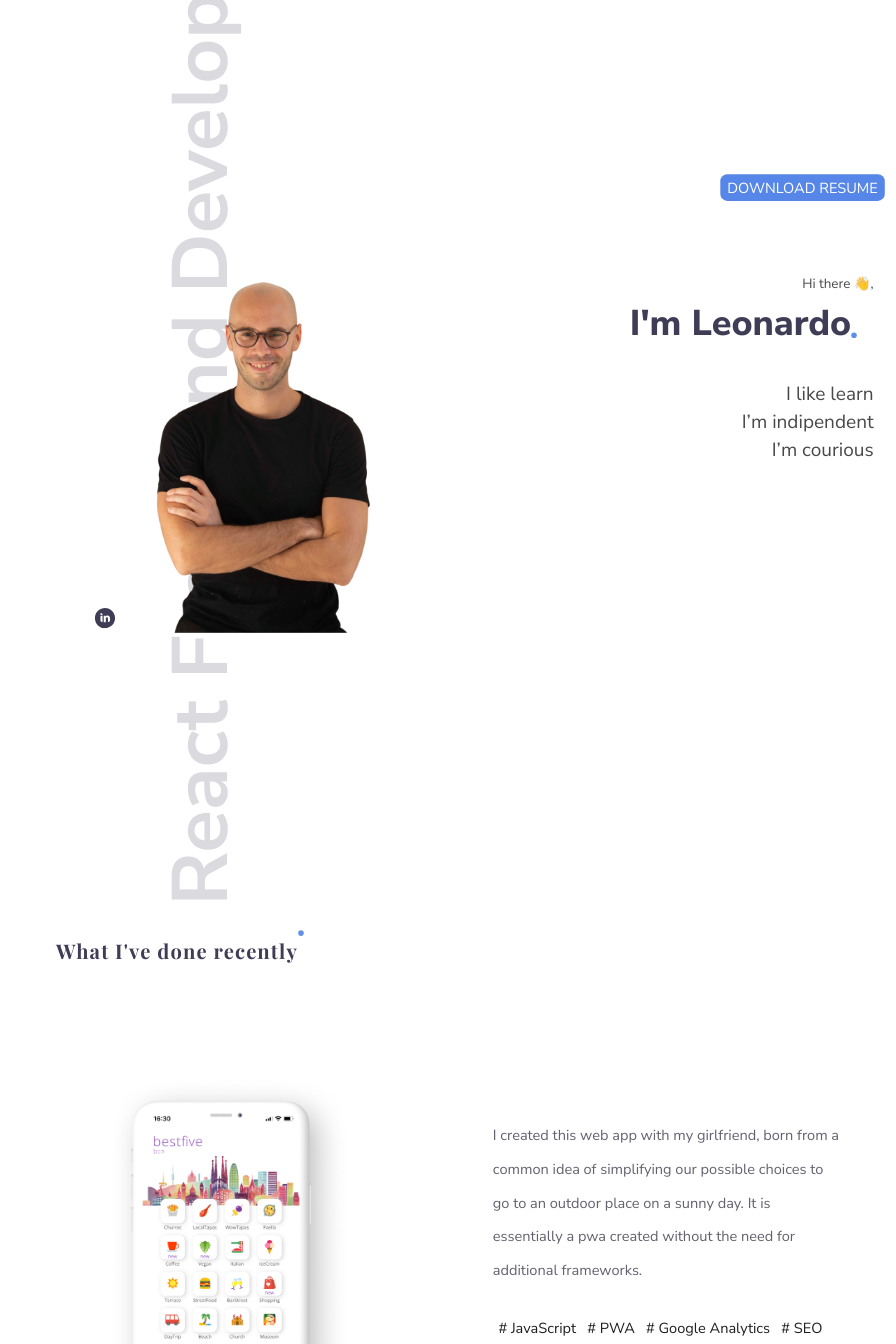
Repository: Easaaa/Portfolio-2020
Page: index.html
The author's editor kept a copy of each file at every save. The page is drawn from the files as they stood at one save, then again after the next save.
The browser window is 1280 px wide. The pictures show the part of the page from y = 0 to 1920 px (the page is 7011 px tall), at 70% of full size.
The style sheet was rebuilt from its Sass, Less or Tailwind sources for each picture, by a compiler version that may differ from the author's.

Above is the page before, as saved 2020-02-28 14:07:19.

### index.html
<!DOCTYPE html>
<html lang="en">
  <head>
    <meta charset="UTF-8" />
    <meta name="viewport" content="width=device-width, initial-scale=1.0" />
    <meta http-equiv="X-UA-Compatible" content="ie=edge" />
    <link rel="stylesheet" href="/stylesheets/css/main.css" />
    <title>leonardotononi.com</title>
  </head>
  <body>
    <!--  <nav>
      <ul>
        <li>
          <img src="/assets/hamb.svg" alt="hamburger icon" class="hamb-img" />
        </li>
        <li class="hidden">Works</li>
        <li class="hidden">Contact</li>
      </ul>
    </nav> -->
    <header>
      <div class="actions">
        <div class="socials">
          <a target="_blank" href="https://www.linkedin.com/in/leonardo-tononi/"
            ><img src="/assets/linkedin-with-circle.svg" alt="linkedin icon"
          /></a>
          <a target="_blank" href="https://github.com/Easaaa"
            ><img src="/assets/github-filled.svg" alt="github icon"
          /></a>
        </div>
        <div class="resume-btn">
          <a href="#">Download Resume</a>
        </div>
      </div>

      <div class="content-header">
        <div class="text-header-col">
          <!-- <h4>Full Stack Developer</h4> -->
          <p class="sub-title">Hi there 👋,</p>
          <h1>
            I'm Leonardo
          </h1>
          <p class="about-title">
            I like learn <br />
            I’m indipendent <br />
            I’m courious
          </p>
          <h4>React Front-end Developer</h4>
          <!-- <div class="socials-header">
            <a
              target="_blank"
              href="https://www.linkedin.com/in/leonardo-tononi/"
              ><img src="/assets/linkedin-with-circle.svg" alt="linkedin icon"
            /></a>
            <a target="_blank" href="https://github.com/Easaaa"
              ><img src="/assets/github-filled.svg" alt="github icon"
            /></a>
          </div> -->
        </div>
        <img
          src="/assets/leo-black.png"
          class="image-me-desktop"
          alt="leonardo photo"
        />
      </div>
    </header>
    <section class="works-section">
      <h2>
        What I've done recently
      </h2>
      <div class="work">
        <img src="/assets/bestfive.png" alt="iphone mockup" class="iphone" />
        <div class="work-details">
          <p>
            I created this web app with my girlfriend, born from a common idea
            of ​​simplifying our possible choices to go to an outdoor place on a
            sunny day. It is essentially a pwa created without the need for
            additional frameworks.
          </p>
          <ul class="lan-tag">
            <li># JavaScript</li>
            <li># PWA</li>
            <li># Google Analytics</li>
            <li># SEO</li>
            <li style="width: 11rem;"># Google Maps API</li>
          </ul>
          <div class="project-links">
            <a target="_blank" href="https://github.com/Easaaa/Bestfive-bcn"
              ><img src="/assets/github.svg" alt="git hub icon"
            /></a>
            <a target="_blank" href="https://bestfivebcn.com"
              ><img src="/assets/web.png" alt="world icon"
            /></a>
          </div>
        </div>
      </div>
      <div class="work odds">
        <img
          src="/assets/toureo-admin.png"
          alt="laptop mockup"
          class="desktop"
        />
        <div class="work-details">
          <p>
            After creating the first application and having hard coded the data,
            clearly not the smartest thing, I thought of creating an
            administration page from where I can create and manage the data from
            the database and then pull it from the mobile web app.
            <em
              >If you want have a look, write me an email, because you need the
              access.</em
            >
          </p>
          <ul class="lan-tag">
            <li># React.js</li>
            <li style="width: 10rem;"># Firebase Auth</li>
            <li># Firestore</li>
          </ul>
          <div class="project-links">
            <a
              target="_blank"
              href="https://github.com/Easaaa/admin-app-bestfive"
              ><img src="/assets/github.svg" alt="git hub icon"
            /></a>
            <a target="_blank" href="https://bestfivebcn.netlify.com/"
              ><img src="/assets/web.png" alt="world icon"
            /></a>
          </div>
        </div>
      </div>
      <div class="work">
        <img
          src="/assets/hotel-vittoria.png"
          alt="laptop mockup"
          class="desktop"
        />
        <div class="work-details">
          <p>
            This project with a italian hotel was my first approach to
            programming. In 2018 I made a web site with multilingual support
            with plain Html, css and JavaScript. On this
            <a target="_blank" href="https://vittoriahotel.eu">link</a> you can
            see the previous web and below you can see the new web app that is
            nearly ready to be deployed and so how my skills and tastes have
            evolved.
          </p>
          <ul class="lan-tag">
            <li># Gatsby.js</li>
            <li># Mobile View</li>
            <li># Booking.com API</li>
          </ul>
          <div class="project-links">
            <a
              target="_blank"
              href="https://github.com/Easaaa/hotel-vittoria-2020"
              ><img src="/assets/github.svg" alt="git hub icon"
            /></a>
            <a target="_blank" href="https://hotelvittoria.netlify.com/"
              ><img src="/assets/web.png" alt="world icon"
            /></a>
          </div>
        </div>
      </div>
      <div class="work odds">
        <img
          src="/assets/books-manager.png"
          alt="laptop mockup"
          class="desktop"
        />
        <div class="work-details">
          <p>
            This is a simple project made with react redux to test my
            understanding and the power of this stack.
          </p>
          <ul class="lan-tag">
            <li># React.js</li>
            <li># Redux</li>
            <li># Firebase Auth</li>
            <li># Google Books APIs</li>
          </ul>
          <div class="project-links">
            <a target="_blank" href="https://github.com/Easaaa/Book-manager"
              ><img src="/assets/github.svg" alt="git hub icon"
            /></a>
            <a target="_blank" href="https://books-manager.netlify.com/"
              ><img src="/assets/web.png" alt="world icon"
            /></a>
          </div>
        </div>
      </div>
      <h2>
        What I'm currently working on
      </h2>
      <div class="work">
        <img
          src="/assets/toureo-proto.png"
          alt="iphone mockup"
          class="iphone"
        />
        <div class="work-details">
          <p>
            I am recreating the first application (bestfive). The aim is to
            create the application with React Native, building more complex
            features, such as a more functional map, with filters and better
            interactions.
          </p>
          <ul class="lan-tag">
            <li># ReactNative</li>
            <li># Firebase</li>
          </ul>
          <div class="project-links"></div>
        </div>
      </div>
    </section>
    <section class="skill-section">
      <h2>
        Skills
      </h2>
      <ul class="skills">
        <li><img src="/assets/icon-skills/javascript.svg" alt="" /></li>
        <li><img src="/assets/icon-skills/react.svg" alt="" /></li>
        <li><img src="/assets/icon-skills/redux.svg" alt="" /></li>
        <li><img src="/assets/icon-skills/gatsby.svg" alt="" /></li>
        <li><img src="/assets/icon-skills/firebase.svg" alt="" /></li>
        <li><img src="/assets/icon-skills/sass.svg" alt="" /></li>
        <li><img src="/assets/icon-skills/html-5.svg" alt="" /></li>
        <li><img src="/assets/icon-skills/css-3.svg" alt="" /></li>
        <li><img src="/assets/icon-skills/logo-pwa.svg" alt="" /></li>
        <li><img src="/assets/icon-skills/figma.svg" alt="" /></li>
      </ul>
    </section>
    <footer>
      <h2>How to contact me</h2>
      <p>
        I am available for freelancer jobs and to work in your company. If you
        think I would be a good fit for you, send me an email.
      </p>
      <a href="mailto:leonardotononi@gmail.com" target="_top">
        <h5>leonardotononi@gmail.com</h5></a
      >
      <a href="/CV ENG - 02:2020.pdf" download>Download resume</a>
      <div class="social-links">
        <a target="_blank" href="https://www.linkedin.com/in/leonardo-tononi/"
          ><img src="/assets/linkedin-with-circle.svg" alt="linkedin icon"
        /></a>
        <a target="_blank" href="https://github.com/Easaaa"
          ><img src="/assets/github-filled.svg" alt="github icon"
        /></a>
      </div>
    </footer>
  </body>
</html>

### stylesheets/scss/main.scss
@import url("https://fonts.googleapis.com/css?family=Nunito+Sans:400,600,700,800&display=swap");
@import url("https://fonts.googleapis.com/css?family=Playfair+Display:500,700&display=swap");

* {
  padding: 0;
  margin: 0;
  box-sizing: border-box;
}

html {
  height: 100%;
  font-family: "Nunito Sans", sans-serif;
  -ms-text-size-adjust: 100%;
  -webkit-text-size-adjust: 100%;
}

body {
  width: 100%;
  height: 100%;
  -webkit-font-smoothing: antialiased;
  -moz-osx-font-smoothing: grayscale;
  font-size: 16px;
  display: block;
  min-width: 100%;
  margin-right: auto;
  margin-left: auto;
  float: right;
  clear: none;
  color: #1e1e1e;
  font-style: normal;
}

// GENERAL STYLE

ul li {
  list-style: none;
}

h2 {
  font-size: 1.8rem;
  color: #3f3d56;
  font-weight: 900;
  position: relative;
  font-family: "Playfair Display", serif;
  letter-spacing: 1.6px;

  &:after {
    content: "";
    width: 5px;
    height: 5px;
    background-color: #618ee9;
    border-radius: 50%;
    bottom: 0;
    position: absolute;
  }
}

a {
  cursor: pointer;
}

// NAV

nav {
  position: absolute;
  right: 0;
  font-size: 1.2rem;

  .hamb-img {
    cursor: pointer;
  }

  ul {
    text-align: end;

    li {
      margin: 10px;
      text-transform: uppercase;
    }

    .hidden {
      display: none;
    }
  }
}

// HEADER

header {
  width: 100%;
  padding: 1rem 0 4rem 0;
  height: 90vh;

  .actions {
    padding: 0 1rem;
    width: 100%;
    display: flex;
    justify-content: space-between;

    img {
      margin: 0 5px;
      width: 30px;
    }

    .resume-btn {
      padding-top: 4px;

      a {
        background-color: #5687E8;
        padding: 5px 10px;
        border-radius: 10px;
        color: #fff;
        text-decoration: none;
        text-transform: uppercase;
      }
    }
  }

  .content-header {
    /* background-color: #d7dce44a; */
    padding: 3rem 0;
    border-radius: 5px;

    .sub-title {
      font-size: 1.2rem;
      padding: 0 2rem;
    }

  }

  h1 {
    color: #3f3d56;
    font-size: 2.5rem;
    text-align: end;
    font-weight: 900;
    padding: 0 2rem;
    position: relative;

    &:after {
      content: "";
      width: 5px;
      height: 5px;
      background-color: #618ee9;
      border-radius: 50%;
      bottom: 0.7rem;
      position: absolute;
    }
  }

  h4 {
    color: #3f3d56a1;
    padding: 1rem 2rem;
    font-size: 1.7rem;
    text-align: end;
    color: #618EE9;
  }

  p {
    color: #484848;
    text-align: end;
    font-weight: 400;
    font-size: 1.7rem;
    padding: 1rem 2rem;
    line-height: 2.5rem;
    margin: 0;
  }

  .socials-header {
    padding: 3rem 1rem 0rem 1rem;

    a img {
      width: 30px;
    }
  }



  .image-me-desktop,
  .image-me-mobile {
    max-width: 80%;
    margin: 0 auto -6px 20px;
    mix-blend-mode: normal;
  }

  .image-me-desktop {
    display: none;
  }
}

// WORKS

.works-section {
  max-width: 1400px;
  margin: 0 auto;
  padding: 1rem 2rem;

  img {
    width: 100%;
    margin: 0 auto;
    max-width: 450px;
    display: block;
    object-fit: cover;
    transition: transform 150ms ease-in;

    &:hover {
      transform: scale(1.05);
    }
  }

  .work {
    padding: 5rem 0;

    em {
      font-weight: 100;
    }

    .project-links {
      padding: 1rem 0;
      display: inline-flex;

      a {
        padding: 1rem;
        color: #fff;
        background-color: #618ee924;
        margin: 0 10px;
        border-radius: 50%;
      }

      img {
        width: 30px;
      }
    }
  }

  .iphone {
    width: 70%;
  }

  .desktop {
    max-width: 700px;
  }

  p {
    color: #61626d;
    padding: 1.3rem 0;
    line-height: 35px;
    font-size: 1.3rem;

    a {
      color: #5687e8;
    }
  }

  .lan-tag {
    padding: 1rem 0;
    display: flex;
    flex-wrap: wrap;
    justify-content: flex-start;

    li {
      padding: 0.5rem;
      font-size: 1.3rem;
      text-align: center;
      border-radius: 40px;
    }

    .js {
      background-color: #f7df1e;
    }

    .react {
      background-color: #00d8ff;
    }

    .firebase {
      background-color: #fcca3f;
    }

    .redux {
      background-color: #764abc;
    }

    .pwa {
      background-color: #a34a4a;
      color: #fff;
    }
  }
}

// SKILLS

.skill-section {
  padding: 5rem 2rem;

  h2 {
    margin-bottom: 2rem;
  }

  .skills {
    display: flex;
    flex-wrap: wrap;
    justify-content: space-evenly;

    li {
      width: 100px;
      text-align: center;
      padding: 1rem;

      img {
        width: 40px;
      }
    }
  }
}

// FOOTER

footer {
  padding: 2rem;

  h2 {
    margin-bottom: 2rem;
  }

  p {
    color: #61626d;
    text-align: start;
    font-weight: 400;
    line-height: 2.5rem;
    padding-bottom: 2rem;
    font-size: 1.3rem;
  }

  h5 {
    font-size: 1.2rem;
    font-weight: 400;
    color: #5687e8;
    padding-bottom: 2rem;
  }

  a {
    color: #5687e8;
  }

  .social-links {
    padding: 2rem 0;
    width: 100%;
    text-align: end;

    img {
      width: 30px;
      margin: 0 10px;
      color: #3f3d56;
    }

    a {
      text-decoration: none;
      color: #3f3d56;
    }
  }
}

@media only screen and (min-width: 700px) {
  body {
    font-size: 1.3rem;
    max-width: 800px;
    margin: 0 auto;
  }



  .works-section {
    padding: 5rem;

    .odds:last-of-type {
      padding: 3rem 0;
    }

    .work {
      padding: 10rem 0;

      p {
        line-height: 3rem;
      }


    }

    .desktop {
      padding-bottom: 4rem;
    }
  }

  .skill-section {
    padding: 5rem;

    .skills li img {
      width: 50px;
    }
  }

  footer {
    padding: 12rem 5rem;
  }
}

@media only screen and (min-width: 1000px) {
  h2 {
    &:after {
      bottom: 2.5rem;
      width: 8px;
      height: 8px;
    }
  }

  nav {
    position: initial;
    font-size: 1.2rem;
    width: 100%;
    text-align: center;

    .hamb-img {
      display: none;
    }

    ul {
      text-align: center;

      li {
        margin: 10px 30px;
        cursor: pointer;
        color: #3f3d56;
        font-weight: bold;
      }

      .hidden {
        display: inline-block;
      }
    }
  }

  .image-me-mobile {
    display: none;
  }

  header {
    margin: 12em 0;
    padding: 0;
    position: relative;

    img {
      margin: 0;
      position: absolute;
      bottom: 0;
      left: 130px;
    }

    h4 {
      font-size: 7rem;
      position: absolute;
      transform: rotate(-90deg);
      left: -450px;
      top: 38%;
      color: #3f3d5630;
    }

    .content-header {
      padding: 0;
      height: 700px;
      max-width: 1300px;
      margin: 0 0 0 auto;
    }

    .image-me-desktop {
      display: inline-block;
    }

    .text-header-col {
      padding: 5em 0;

      .socials-header {
        display: none;
      }

      h1 {
        padding: 0 4rem 2rem 0;
        font-size: 3.2rem;

        &:after {
          bottom: 2.8rem;
          width: 8px;
          height: 8px;
        }
      }
    }
  }

  .works-section {
    padding: 12rem 5rem;

    .work {
      display: grid;
      grid-template-columns: 1fr 1fr;
      grid-gap: 8rem;
      place-content: center;
      place-items: center;

      .lan-tag {
        justify-content: flex-start;
      }
    }

    .odds {
      img {
        order: 2;
      }

      p {
        text-align: end;
      }

      .lan-tag {
        justify-content: flex-end;
      }

      .project-links {
        justify-content: flex-end;
        width: 100%;
      }
    }
  }

  .skill-section {
    max-width: 1200px;
    background-color: #d7dce44a;
  }

  footer {
    max-width: 1100px;
    margin: 0 auto 0 0;
  }
}

@media only screen and (min-width: 1500px) {
  header img {
    left: initial;
  }
}

@media only screen and (min-width: 2000px) {
  header {
    max-width: 2000px;
    margin: 12em auto 0 auto;

    img {
      left: 25rem;
    }
  }
}

After the next save:
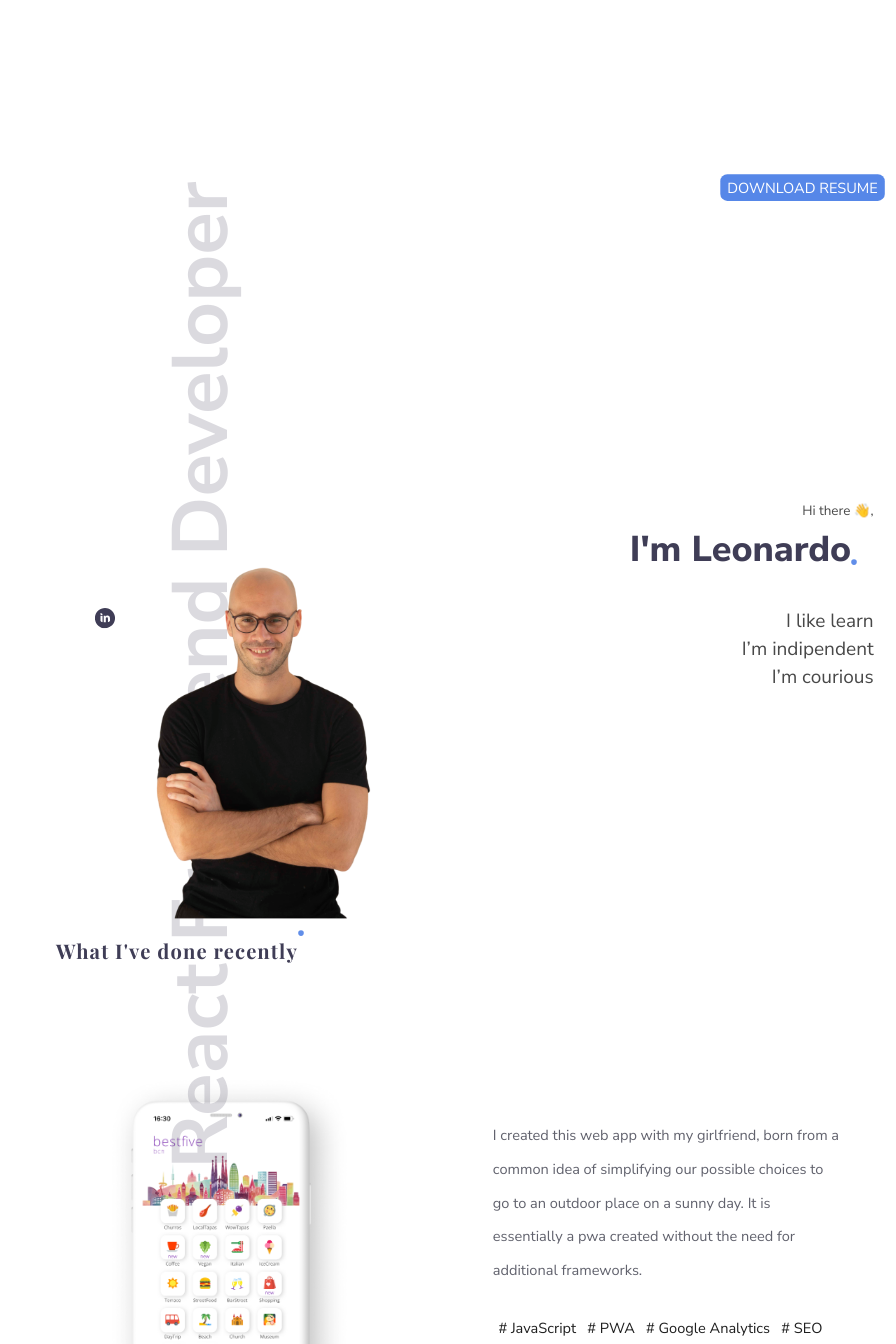
Saved 30 s later.
--- a/stylesheets/scss/main.scss
+++ b/stylesheets/scss/main.scss
@@ -117,9 +117,12 @@
   }
 
   .content-header {
-    /* background-color: #d7dce44a; */
     padding: 3rem 0;
     border-radius: 5px;
+    height: 450px;
+    top: 50%;
+    position: relative;
+    margin-top: -225px;
 
     .sub-title {
       font-size: 1.2rem;
